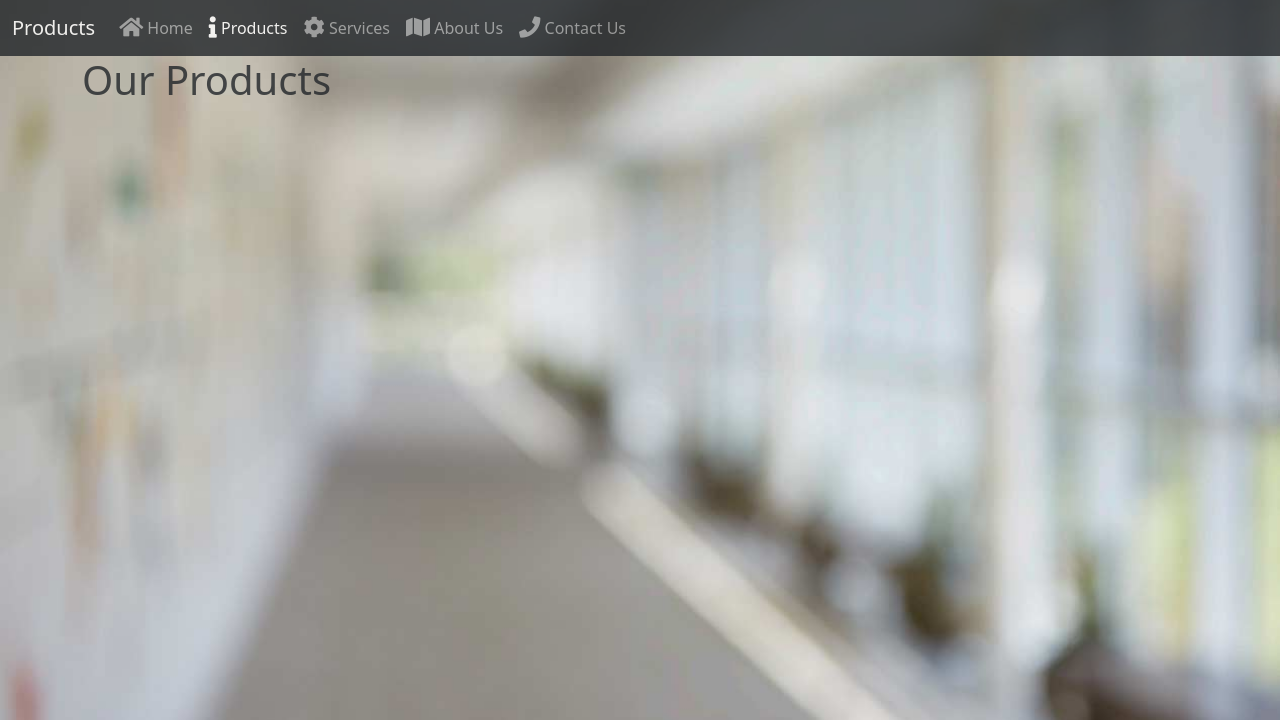
Repository: deividwsantoss/web6201-Lab1
Page: products.html
The author's editor kept a copy of each file at every save. The page is drawn from the files as they stood at one save, then again after the next save.
The browser window is 1280 px wide. The pictures show the whole page.

Above is the page before, as saved 2021-02-02 17:33:25.

After the next save:
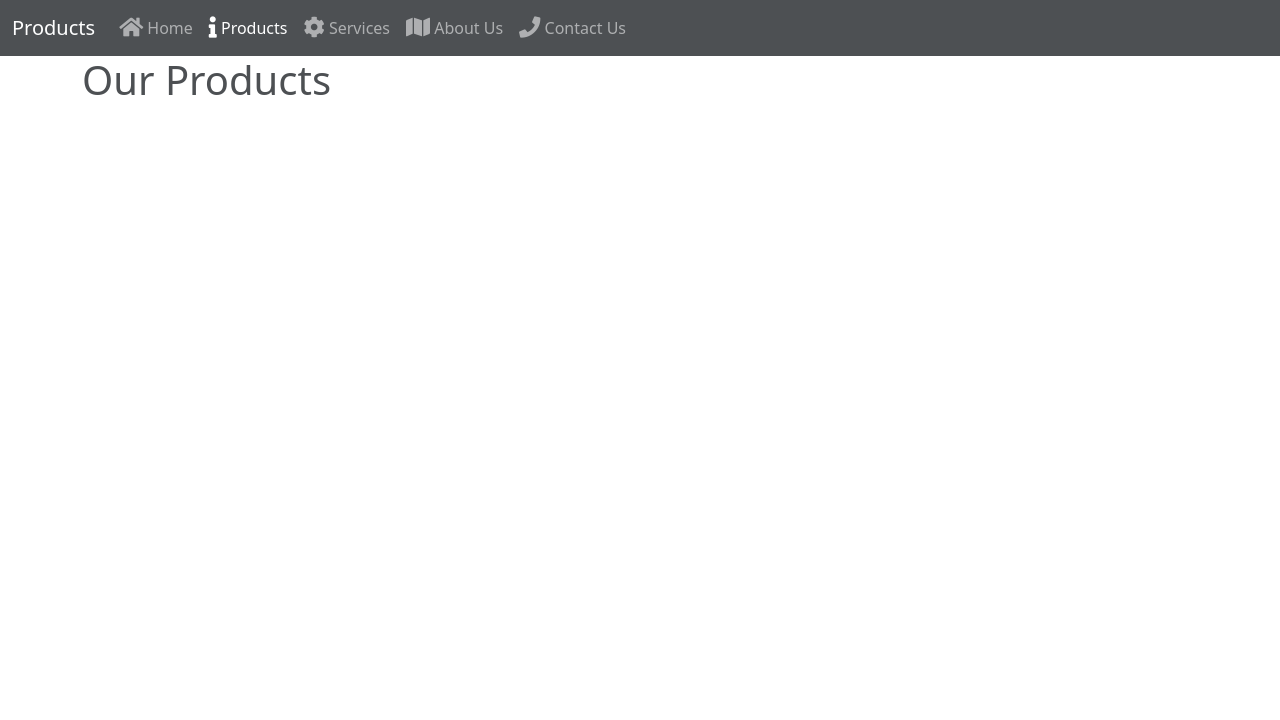
Not found: Content/services-background.png
Saved 105 s later.
--- a/Content/app.css
+++ b/Content/app.css
@@ -25,3 +25,11 @@ body,html{
     background-position: center;
     opacity: 0.8;
 }
+
+.productsbg{
+    background-image:url("services-background.png");
+    background-repeat: no-repeat;
+    background-size: cover;
+    background-position: center;
+    opacity: 0.8;
+}
